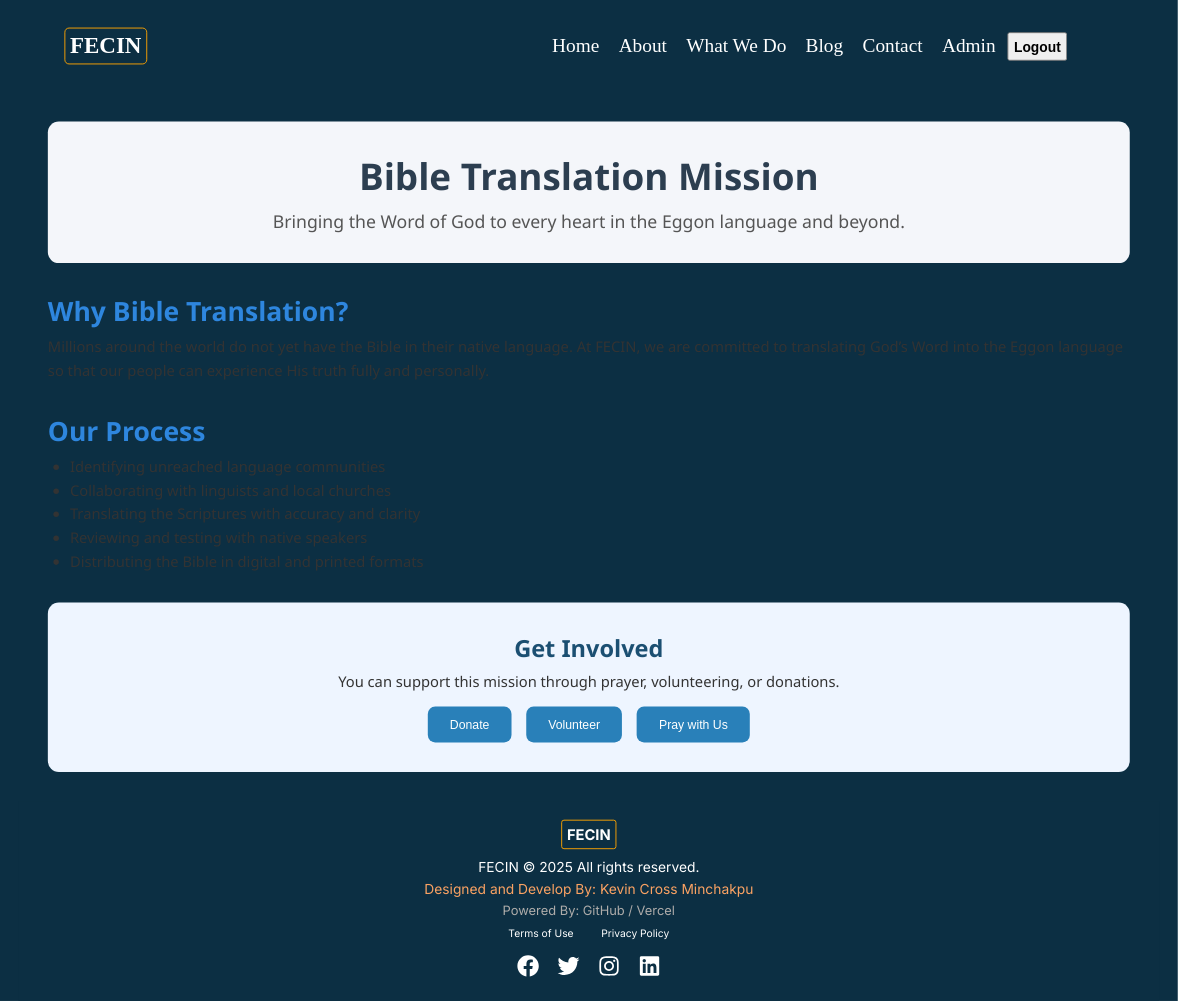
Repository: KCMinchakpu/fecin-projectgs497
Page: /bible-translation
These files come from the project's save history. The page is drawn as it stood at one moment and after the next save; the edit follows.
The browser window is 1280 px wide. The pictures show the whole page, at 92% of full size.
The project was rebuilt for these pictures with package versions that can differ from the ones it lists, and the page was loaded fresh each time. The framework's server and built-in components were replaced by stand-ins that run in the browser. Also part of the build but not shown: next.config.mjs.

Above is the page before, as saved 2025-04-06 01:33:46.

After the next save:
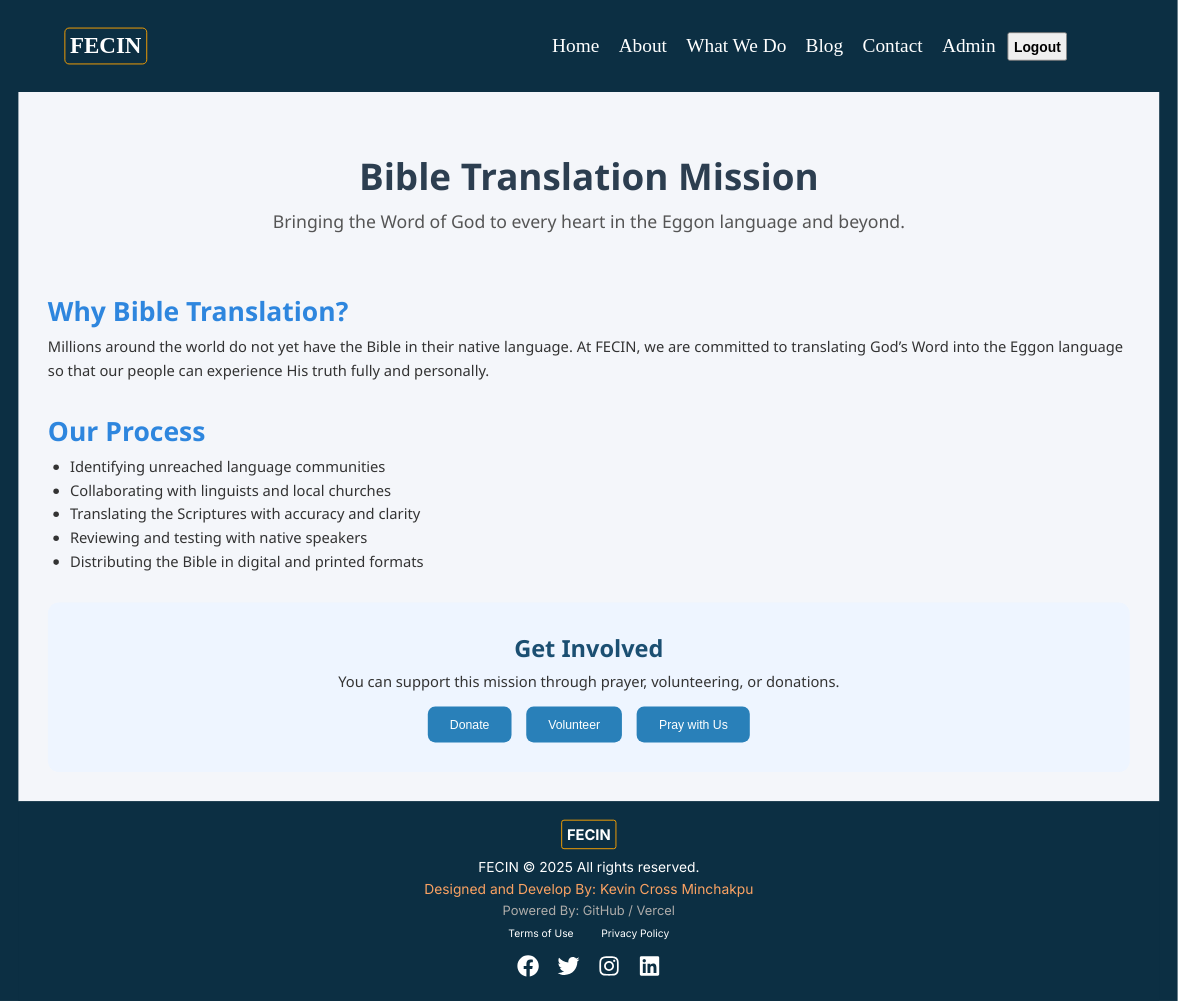
Saved 12 h 14 min later.
--- a/src/app/bible-translation/BibleTranslation.module.css
+++ b/src/app/bible-translation/BibleTranslation.module.css
@@ -1,10 +1,11 @@
 .container {
     padding: 2rem;
     font-family: 'Segoe UI', Tahoma, Geneva, Verdana, sans-serif;
+    background-color: #f4f6fa;
   }
 
   .hero {
-    background-color: #f4f6fa;
+
     padding: 2rem;
     border-radius: 12px;
     text-align: center;
